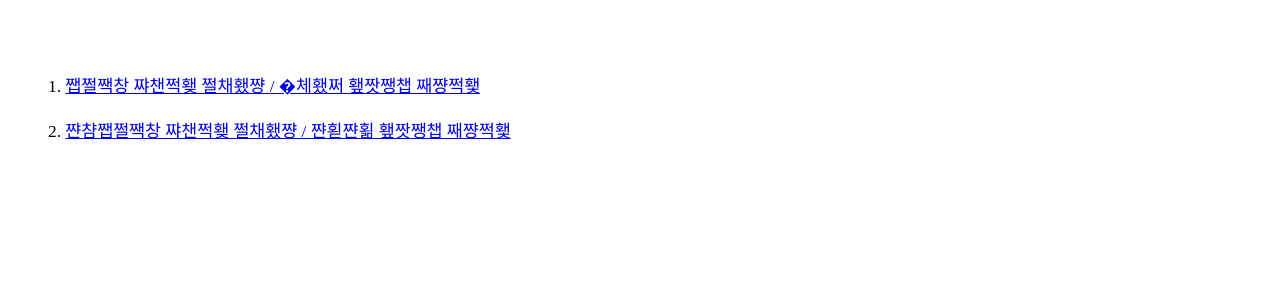
Repository: yeobinJeong/demoweb
Page: ajaxweb/WebContent/demo/helloajax.html
These files come from the project's save history. The page is drawn as it stood at one moment and after the next save; the edit follows.
The browser window is 1280 px wide. The pictures show the whole page.

Above is the page before, as saved 2016-04-21 05:19:33.

### ajaxweb/WebContent/demo/helloajax.html
<!DOCTYPE html>
<html>
<head>
	<meta charset="EUC-KR">
	<title>Ajax Demo</title>
	<script type="text/javascript">

		var proxy;//ºñµ¿±â ¿äÃ»À» ¼öÇàÇÒ °´Ã¼ ÂüÁ¶
		function doRequest() {
			//proxy = new XMLHttpRequest();//°´Ã¼ »ý¼º
			proxy = getXmlHttpRequest();
			if (proxy == null) {
				alert('¿äÃ» ½ÇÆÐ');
				return;
			}
			proxy.open(
				"GET",	//¿äÃ» ¸Þ¼­µå (OR POST)
				"handler2.jsp", //¿äÃ» ¼ö½ÅÀÚ
				true);	//ºñµ¿±â ¿©ºÎ
			//¿äÃ»¿¡ ´ëÇÑ ÀÀ´äÀÌ µµÂøÇßÀ» ¶§ È£ÃâÇÒ ÇÔ¼ö ÁöÁ¤
			proxy.onreadystatechange = processResult;
			proxy.send(null);//¿äÃ» Àü¼Û - nullÀº get ¹æ½ÄÀÏ¶§ »ç¿ë
		}
		function processResult() {
			//1:¿äÃ»Àü, 2:¿äÃ»ÈÄ, 3:ÀÀ´ä¼ö½Å½ÃÀÛ, 4:ÀÀ´ä¼ö½ÅÁ¾·á
			if (proxy.readyState == 4) {
				if (proxy.status == 200) {//ÀÀ´äÄÚµåÈ®ÀÎ (Á¤»óÀÀ´ä)
					var content = proxy.responseText;//ÀÀ´ä ³»¿ë
					var div = document.createElement("div");//div ¿ä¼Ò »ý¼º
					div.style.border = 'solid 1px red';
					div.style.padding = "10px";
					div.style.marginTop = "5px";
					div.innerHTML = content;//ÀÀ´ä °á°ú¸¦ ¸¸µç div¿¡ Ãß°¡
					var resultDiv = document.getElementById("result");
					resultDiv.appendChild(div);//result div ÇÏÀ§ Ç×¸ñÀ¸·Î Ãß°¡
				} else {
					alert('¿À·ù : ' + proxy.status)
				}
			}
		}


		function getXmlHttpRequest() {
			//ºê¶ó¿ìÀú ³»Àå °´Ã¼·Î Á¦°øµÇ´Â °æ¿ì
			if (window.XMLHttpRequest) return new XMLHttpRequest();

			//ActiveX ¹æ½ÄÀ¸·Î Á¦°øµÇ´Â °æ¿ì (IE ÇÏÀ§ ¹öÀü)
			var versions = [
				"MSXML2.XMLHttp.6.0",
				"MSXML2.XMLHttp.5.0",
				"MSXML2.XMLHttp.4.0",
				"MSXML2.XMLHttp.3.0",
				"MSXML2.XMLHttp",
				"Microsoft.XMLHttp"
			];
			for (var i = 0; i < versions.length; i++) {
				try {
					temp = new ActiveXObject(versions[i]);
					return temp;
				} catch (e) {}
			}
			return null;
		}
	</script>
</head>
<body>
	<br /><br /><br />
	<div style="padding:10px;margin-left: 30px;font-size:13pt">
		1. <a href="handler1.jsp">µ¿±â ¹æ½Ä ¿äÃ» / ÀüÃ¼ È­¸é °»½Å</a><br /><br />
		2. <a href="javascript:doRequest();">ºñµ¿±â ¹æ½Ä ¿äÃ» / ºÎºÐ È­¸é °»½Å</a>
	</div>
	<div id="result"
		style="padding:10px;margin-left: 30px;font-size:13pt">
	</div>
</body>
</html>

After the next save:
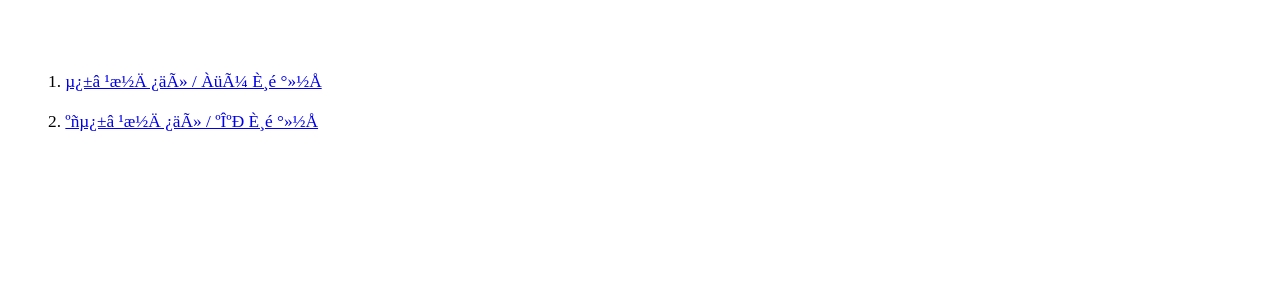
Saved 56 s later.
--- a/ajaxweb/WebContent/demo/helloajax.html
+++ b/ajaxweb/WebContent/demo/helloajax.html
@@ -1,7 +1,7 @@
 <!DOCTYPE html>
 <html>
 <head>
-	<meta charset="EUC-KR">
+	<meta charset="utf-8">
 	<title>Ajax Demo</title>
 	<script type="text/javascript">
 
